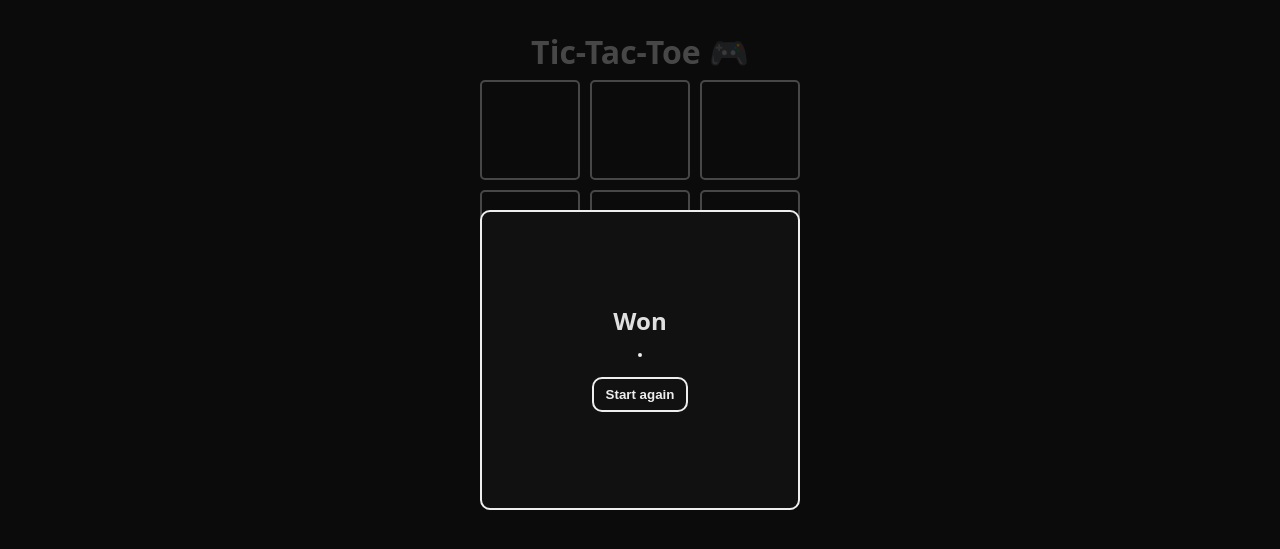
Repository: atzin-escandia/react-tic-tac-toe
Page: /
The author's editor kept a copy of each file at every save. The page is drawn from the files as they stood at one save, then again after a run of saves.
The browser window is 1280 px wide. The pictures show the whole page.
The project was rebuilt for these pictures with package versions that can differ from the ones it lists, and the page was loaded fresh each time. Also part of the build but not shown: vite.config.js.

Above is the page before, as saved 2023-10-08 17:02:11.

### index.html
<!DOCTYPE html>
<html lang="en">
  <head>
    <meta charset="UTF-8" />
    <link rel="icon" type="image/svg+xml" href="/vite.svg" />
    <meta name="viewport" content="width=device-width, initial-scale=1.0" />
    <title>Tic-Tac-Toe React 🎮</title>
  </head>
  <body>
    <div id="root"></div>
    <script type="module" src="/src/main.jsx"></script>
  </body>
</html>

### src/App.jsx
import { useState } from "react";
import "./index.css";

const TURNS = {
  x: "x",
  o: "o",
};

const WINNER_COMBOS = [
  [0, 1, 2],
  [3, 4, 5],
  [6, 7, 8],
  [0, 3, 6],
  [1, 4, 7],
  [2, 5, 8],
  [0, 4, 8],
  [2, 4, 6],
];

function App() {
  const initialState = Array(9).fill(null);
  const [board, setBoard] = useState(initialState);
  const [turn, setTurn] = useState(true);
  const [winner, setWinner] = useState(false);

  const restartGame = () => {
    setBoard(initialState);
  };

  const checkWinner = (board) => {
    for (const combo of WINNER_COMBOS) {
      const [a, b, c] = combo;
      if (board[a] && board[a] === board[b] && board[b] === board[c]) {
        return board[a];
      }
    }
  };

  const updateBoard = (index) => {
    const newBoard = [...board];

    if (newBoard[index] || winner) return;
    newBoard[index] = turn ? TURNS["x"] : TURNS["o"];
    setTurn(!turn);
    setBoard(newBoard);

    newBoard.forEach((_, index) => index);

    // if (!newBoard.includes(null)) {
    const newWinner = checkWinner(newBoard);
    if (winner) {
      setWinner(newWinner);
    }
  };

  const Square = ({ children, updateBoard, index }) => {
    return (
      <div onClick={() => updateBoard(index)} className="square">
        {board[index]}
      </div>
    );
  };
  return (
    <main className="board">
      <h1>Tic-Tac-Toe 🎮</h1>
      <section className="game">
        {board.map((_, index) => {
          return (
            <Square
              key={index}
              index={index}
              updateBoard={updateBoard}
            ></Square>
          );
        })}
      </section>
      {winner !== null && (
        <section className="winner">
          <div className="text">
            <h2>{winner ? "Tieee :(" : "Won"}</h2>
            <div className="win">
              {winner && <Square> {`${winner}!!`}</Square>}
            </div>
            <button className="win" onClick={restartGame}>
              Start again
            </button>
          </div>
        </section>
      )}
    </main>
  );
}

export default App;

### src/index.css
:root {
  font-family: system-ui, -apple-system, BlinkMacSystemFont, "Segoe UI", Roboto,
    Oxygen, Ubuntu, Cantarell, "Open Sans", "Helvetica Neue", sans-serif;
  font-size: 16px;
  line-height: 24px;
  font-weight: 400;

  color-scheme: light dark;
  color: rgba(255, 255, 255, 0.87);
  background-color: #242424;

  font-synthesis: none;
  text-rendering: optimizeLegibility;
  -webkit-font-smoothing: antialiased;
  -moz-osx-font-smoothing: grayscale;
  -webkit-text-size-adjust: 100%;
}

body {
  margin: 0;
  display: flex;
  justify-content: center;
  min-width: 320px;
  min-height: 100vh;
}

* {
  padding: 0;
  margin: 0;
  box-sizing: border-box;
}

.board {
  width: fit-content;
  margin: 40px auto;
  text-align: center;
}

.board h1 {
  color: #eee;

  margin-bottom: 16px;
}

.board button {
  padding: 8px 12px;
  margin: 25px;
  background: transparent;
  border: 2px solid #eee;
  color: #eee;
  width: 100px;
  border-radius: 5px;
  transition: 0.2s;
  font-weight: bold;
  cursor: pointer;
}

.board button:hover {
  background: #eee;
  color: #222;
}

.board .game {
  display: grid;
  grid-template-columns: repeat(3, 1fr);
  gap: 10px;
}

.turn {
  display: flex;
  justify-content: center;
  margin: 15px auto;
  width: fit-content;
  position: relative;
  border-radius: 10px;
}

.turn .square,
.winner .square {
  width: 70px;
  height: 70px;
  pointer-events: none;
  border-color: transparent;
}

.square.is-selected {
  color: #fff;
  background: #09f;
}

.winner {
  position: absolute;
  width: 100vw;
  height: 100vh;
  top: 0;
  left: 0;
  display: grid;
  place-items: center;
  background-color: rgba(0, 0, 0, 0.7);
}

.winner .text {
  background: #111;
  height: 300px;
  width: 320px;
  border: 2px solid #eee;
  border-radius: 10px;
  display: flex;
  flex-direction: column;
  justify-content: center;
  align-items: center;
  gap: 20px;
}

.winner .win {
  margin: 0 auto;
  width: fit-content;
  border: 2px solid #eee;
  border-radius: 10px;
  display: flex;
  gap: 15px;
}

.square {
  width: 100px;
  height: 100px;
  border: 2px solid #eee;
  border-radius: 5px;
  display: grid;
  place-items: center;
  cursor: pointer;
  font-size: 48px;
}

Loaded but not shown: src/main.jsx (common file)

After the next 2 saves:
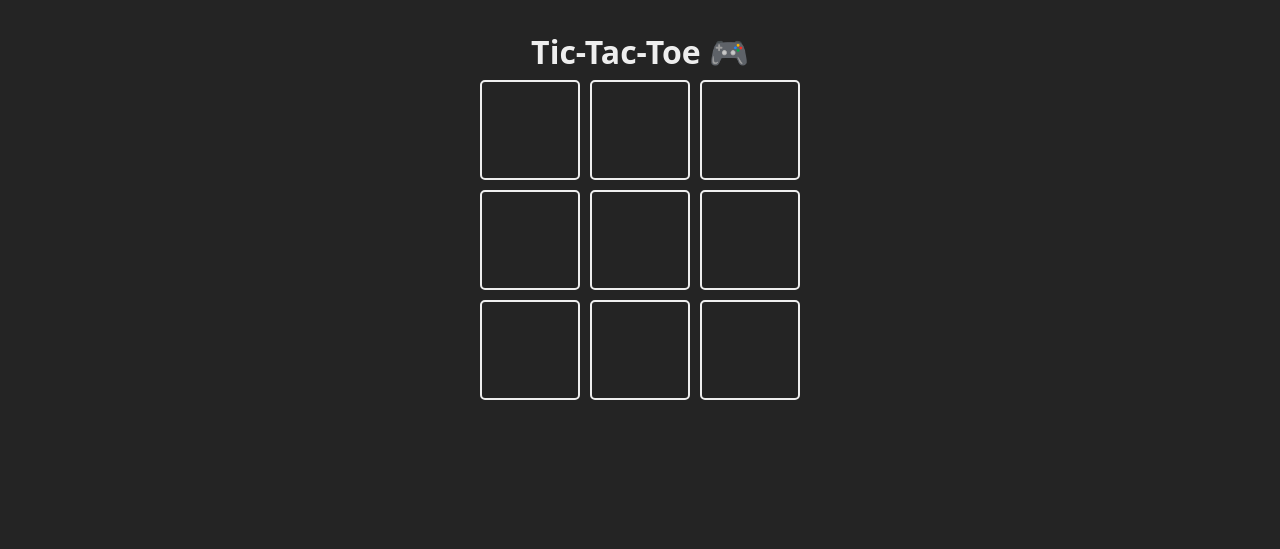
The 2 saves are shown as one change because 1 did not build or start.
The last was saved 20 s later.
--- a/src/App.jsx
+++ b/src/App.jsx
@@ -74,7 +74,7 @@
           );
         })}
       </section>
-      {winner !== null && (
+      {/* {winner !== null && (
         <section className="winner">
           <div className="text">
             <h2>{winner ? "Tieee :(" : "Won"}</h2>
@@ -86,7 +86,7 @@
             </button>
           </div>
         </section>
-      )}
+      )} */}
     </main>
   );
 }

After the 4 saves that followed:
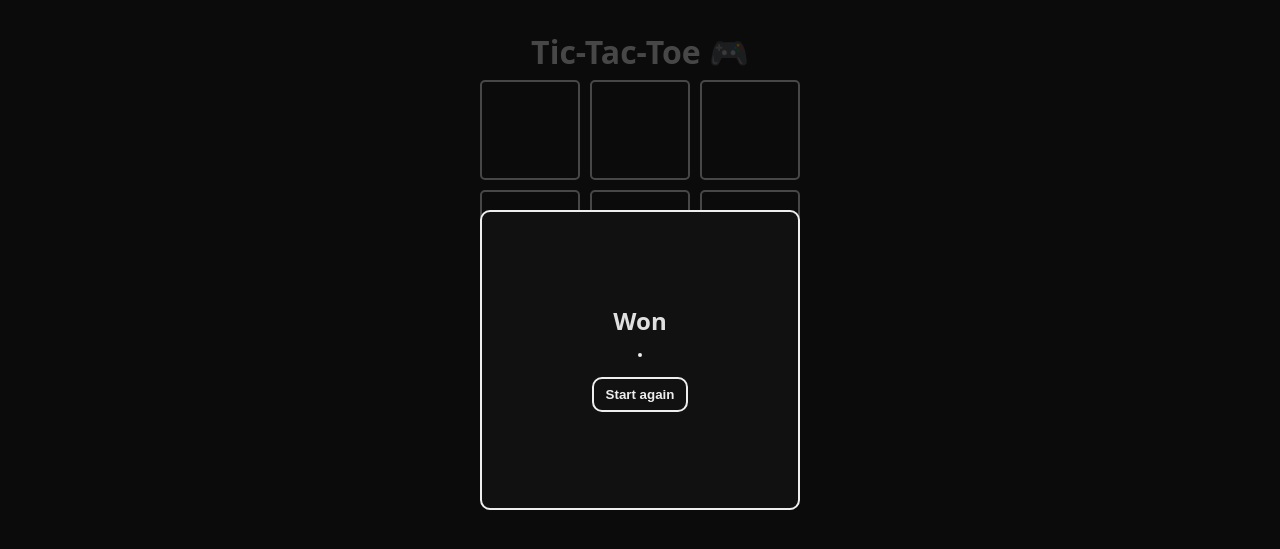
The 4 saves are shown as one change because 3 left the picture as it was.
The last was saved 103 s later.
--- a/src/App.jsx
+++ b/src/App.jsx
@@ -34,6 +34,7 @@
         return board[a];
       }
     }
+    return null;
   };
 
   const updateBoard = (index) => {
@@ -48,7 +49,8 @@
 
     // if (!newBoard.includes(null)) {
     const newWinner = checkWinner(newBoard);
-    if (winner) {
+    console.log(newWinner);
+    if (newWinner) {
       setWinner(newWinner);
     }
   };
@@ -74,7 +76,7 @@
           );
         })}
       </section>
-      {/* {winner !== null && (
+      {winner !== null && (
         <section className="winner">
           <div className="text">
             <h2>{winner ? "Tieee :(" : "Won"}</h2>
@@ -86,7 +88,7 @@
             </button>
           </div>
         </section>
-      )} */}
+      )}
     </main>
   );
 }
